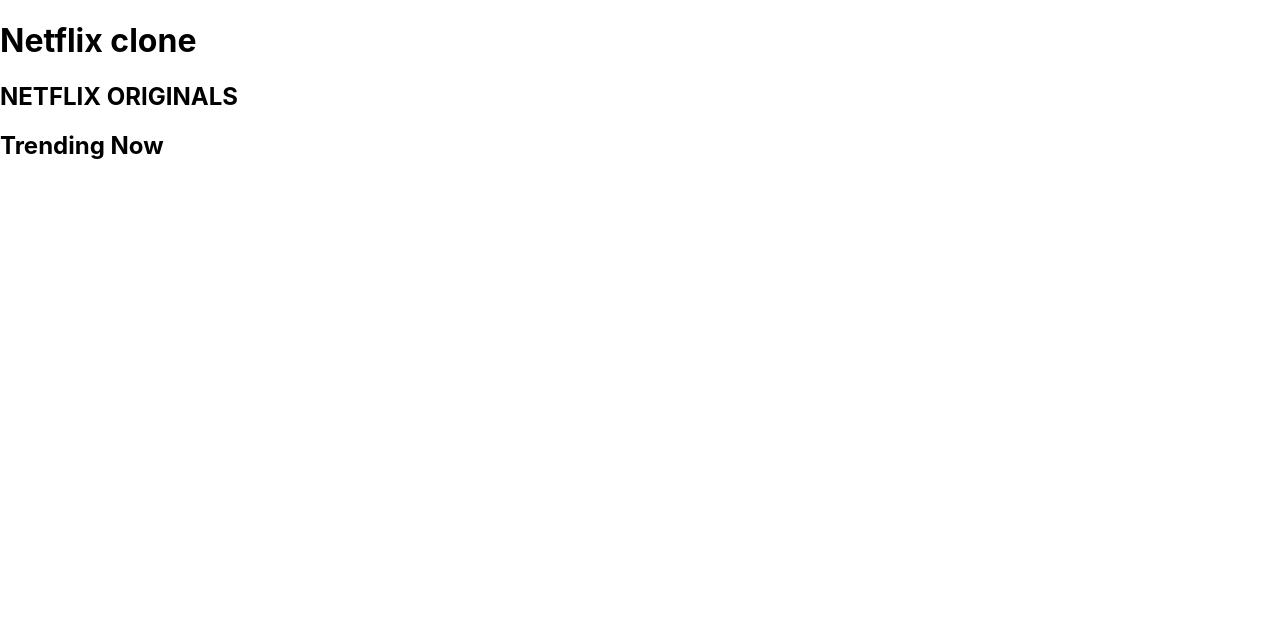
Repository: digiangler/netflix-clone
Page: /
An editor plug-in stored every save of this project. The page is shown before and after the next save, followed by the edit.
The browser window is 1280 px wide. The pictures show the whole page.
The page's requests for data from a server got no answer. The project was rebuilt for these pictures with package versions that can differ from the ones it lists, and the page was loaded fresh each time. No one was signed in, and anything a server would have sent is missing. Also part of the build but not shown: src/App.css.

Above is the page before, as saved 2020-09-18 00:33:36.

### src/App.js
import React from "react";

import "./App.css";
import Row from "./Row";
import requests from "./requests";

function App() {
  return (
    <div className='app'>
      <h1>Netflix clone</h1>
      <Row
        title='NETFLIX ORIGINALS'
        fetchUrl={requests.fetchNetflixOriginals}
      />
      <Row title='Trending Now' fetchUrl={requests.fetchTrending} />
    </div>
  );
}

export default App;

### src/Row.js
import React, { useEffect, useState } from "react";
import "./Row.js";
import axios from "./axios";

function Row({ title, fetchUrl }) {
  const [movies, setMovies] = useState([]);

  // a snippet of code which runs based on a specific condition
  useEffect(() => {
    // if [], run once when the row loads, and don't run again
    async function fetchData() {
      //   console.log(fetchUrl);
      const request = await axios.get(fetchUrl);
      //   console.log(request);
      setMovies(request.data.results);
      return request;
    }
    fetchData();
  }, [fetchUrl]);

  console.table(movies);

  return (
    <div className='row'>
      <h2>{title}</h2>

      <div className='row__posters'>
        {/* row__poster */}
        {movies.map((movie) => (
          <img src={movie.poster_path} alt={movie.name} />
        ))}
      </div>
      {/* container -> posters */}
    </div>
  );
}

export default Row;

### src/requests.js
const API_KEY = "8712b0610496fec8b39847307d977e5f";

const requests = {
  fetchTrending: `/trending/add/week?api_key=${API_KEY}&language=ja-JP`,
  fetchNetflixOriginals: `/discover/tv?api_key=${API_KEY}&with_networks=213`,
  fetchTopRated: `/movie/top_rated?api_key=${API_KEY}&language=ja-JP`,
  fetchActionMovies: `/discover/movie?api_key=${API_KEY}&with_genres=28`,
  fetchComedyMovies: `/discover/movie?api_key=${API_KEY}&with_genres=35`,
  fetchHorrorMovies: `/discover/movie?api_key=${API_KEY}&with_genres=27`,
  fetchRomanceMovies: `/discover/movie?api_key=${API_KEY}&with_genres=10749`,
  fetchDocumentaries: `/discover/movie?api_key=${API_KEY}&with_genres=99`,
};

export default requests;

### src/axios.js
import axios from "axios";

/** base url to make requests to the movie database */
const instance = axios.create({
  baseURL: "https://api.themoviedb.org/3",
});

export default instance;

Loaded but not shown: public/index.html (common file); src/index.js (common file); src/index.css (common file); src/serviceWorker.js (common file)

After the next save:
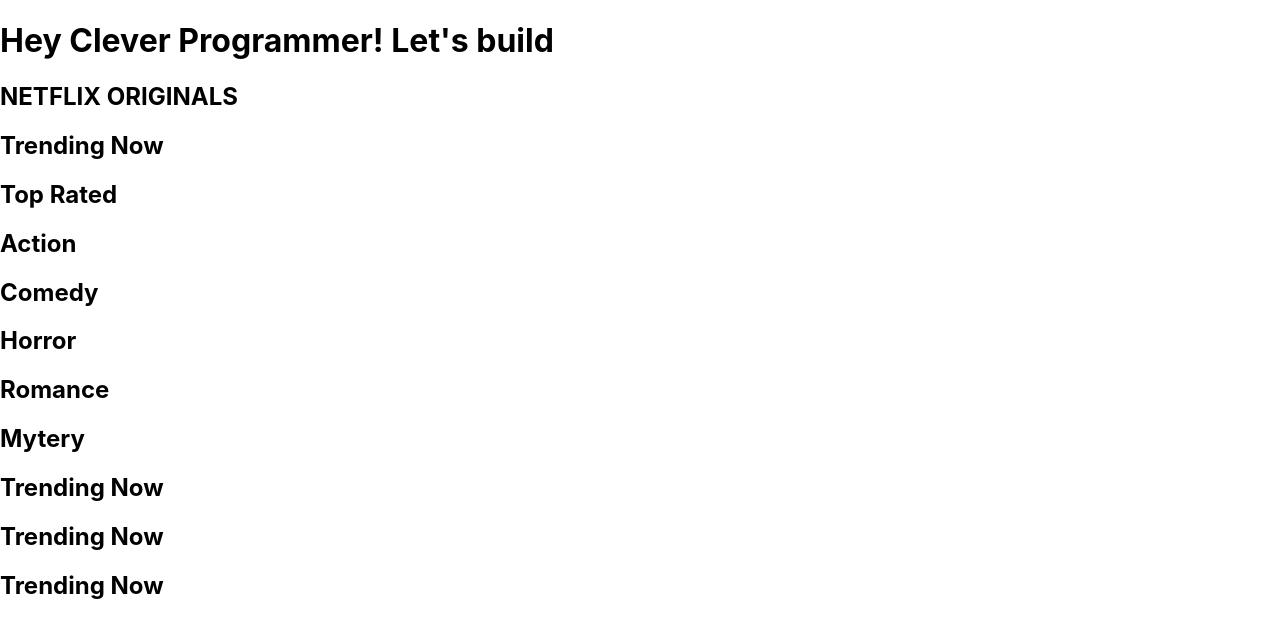
Saved 2 min 59 s later.
--- a/src/App.js
+++ b/src/App.js
@@ -1,17 +1,27 @@
 import React from "react";
-
 import "./App.css";
+import requests from "./requests";
 import Row from "./Row";
-import requests from "./requests";
 
 function App() {
   return (
     <div className='app'>
-      <h1>Netflix clone</h1>
+      <h1>Hey Clever Programmer! Let's build</h1>
+
       <Row
         title='NETFLIX ORIGINALS'
         fetchUrl={requests.fetchNetflixOriginals}
       />
+
+      <Row title='Trending Now' fetchUrl={requests.fetchTrending} />
+      <Row title='Top Rated' fetchUrl={requests.fetchTopRated} />
+      <Row title='Action' fetchUrl={requests.fetchActionMovies} />
+      <Row title='Comedy' fetchUrl={requests.fetchComedyMovies} />
+      <Row title='Horror' fetchUrl={requests.fetchHorrorMovies} />
+      <Row title='Romance' fetchUrl={requests.fetchRomanceMovies} />
+      <Row title='Mytery' fetchUrl={requests.fetchMystery} />
+      <Row title='Trending Now' fetchUrl={requests.fetchTrending} />
+      <Row title='Trending Now' fetchUrl={requests.fetchTrending} />
       <Row title='Trending Now' fetchUrl={requests.fetchTrending} />
     </div>
   );
